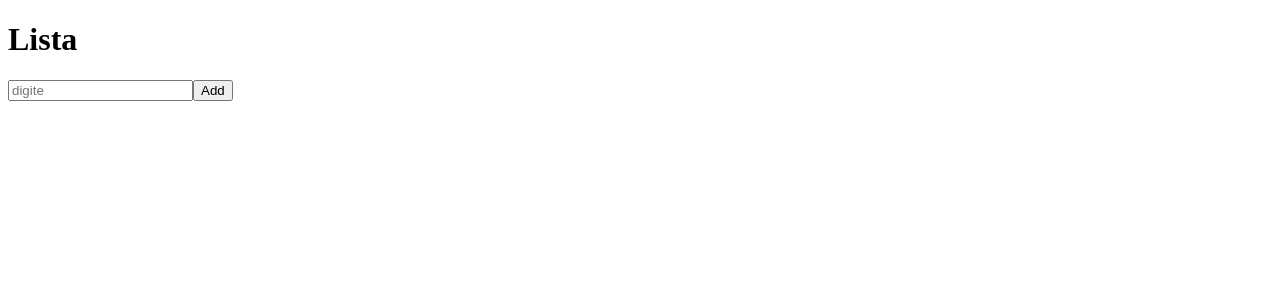
Repository: LuisSempre/FundamentosReact
Page: /
The author's editor kept a copy of each file at every save. The page is drawn from the files as they stood at one save, then again after the next save.
The browser window is 1280 px wide. The pictures show the whole page.
The project was rebuilt for these pictures with package versions that can differ from the ones it lists, and the page was loaded fresh each time. Also part of the build but not shown: vite.config.js.

Above is the page before, as saved 2022-06-28 17:15:48.

After the next save:
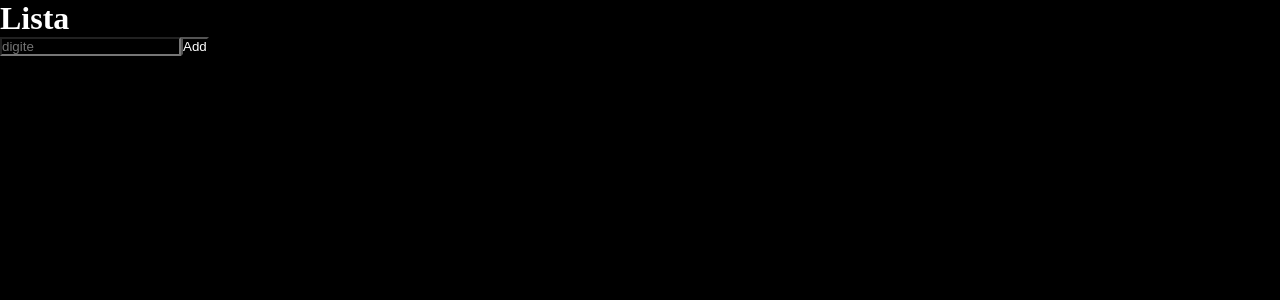
Saved 26 s later.
--- a/src/main.jsx
+++ b/src/main.jsx
@@ -1,6 +1,7 @@
 import React from 'react'
 import ReactDOM from 'react-dom/client'
 import { Home } from '../pages/Home'
+import './index.css'
 
 ReactDOM.createRoot(document.getElementById('root')).render(
   <React.StrictMode>
